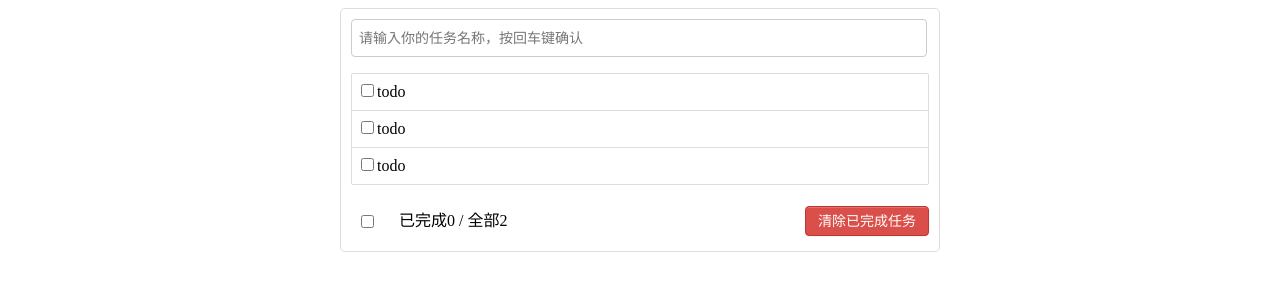
Repository: Crow7277/Vue2-
Page: /
The author's editor kept a copy of each file at every save. The page is drawn from the files as they stood at one save, then again after the next save.
The browser window is 1280 px wide. The pictures show the whole page.
The project was rebuilt for these pictures with package versions that can differ from the ones it lists, and the page was loaded fresh each time. Also part of the build but not shown: vue.config.js.

Above is the page before, as saved 2022-04-02 20:50:19.

After the next save:
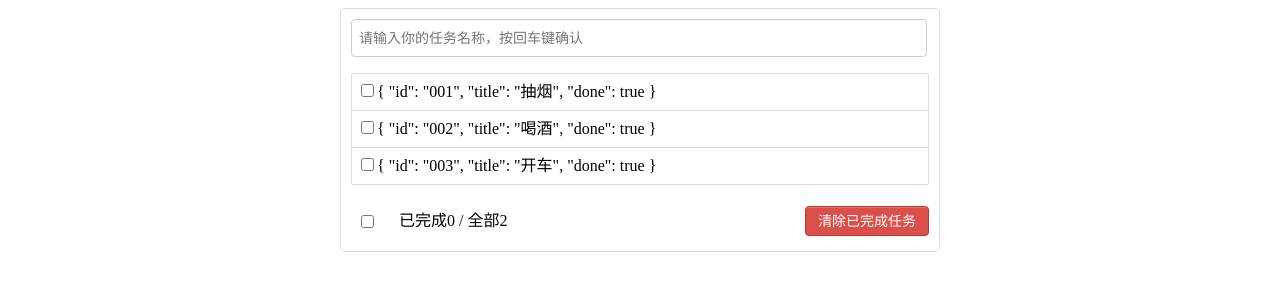
Saved 6 s later.
--- a/src/components/MyItem.vue
+++ b/src/components/MyItem.vue
@@ -2,7 +2,7 @@
     <li>
         <label>
             <input type="checkbox" />
-            <span>todo</span>
+            <span>{{ todo }}</span>
         </label>
         <button class="btn btn-danger" style="display: none">删除</button>
     </li>
